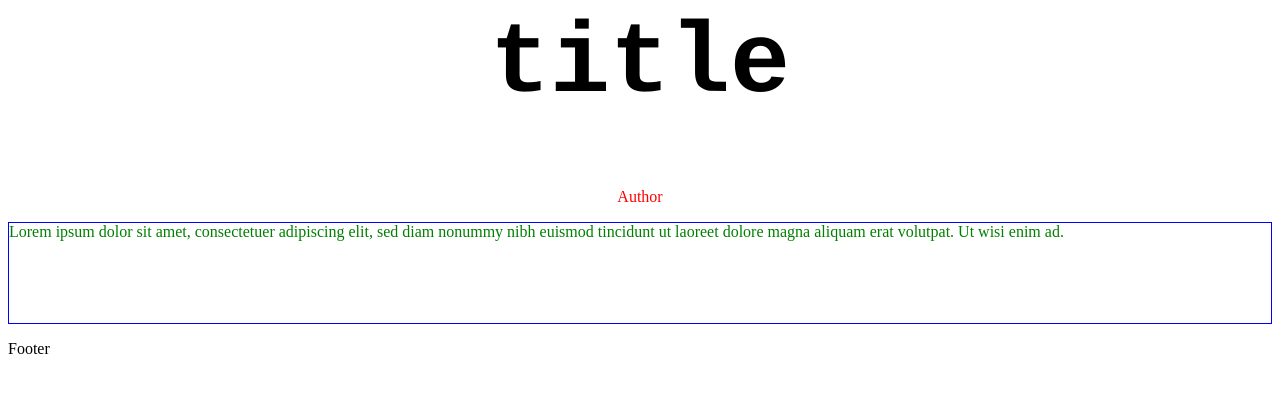
Repository: jeffbartow/productschool
Page: index.html
The author's editor kept a record of every edit. The page is drawn from the files as they stood at one moment, then again after the next edit.
The browser window is 1280 px wide. The pictures show the whole page.

Above is the page before.

After the next edit:
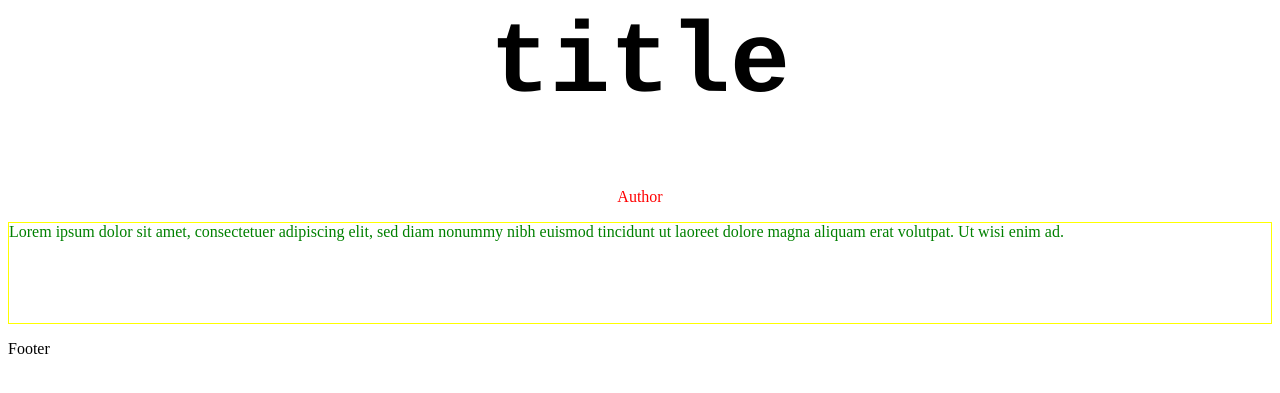
The edit:
--- a/index.html
+++ b/index.html
@@ -19,6 +19,7 @@
                 border-color: blue;
                 height: 100px;
             }
+            </style>
         <style type="text/css">
             .article {
                 border-width: 1px;

After the edit that followed:
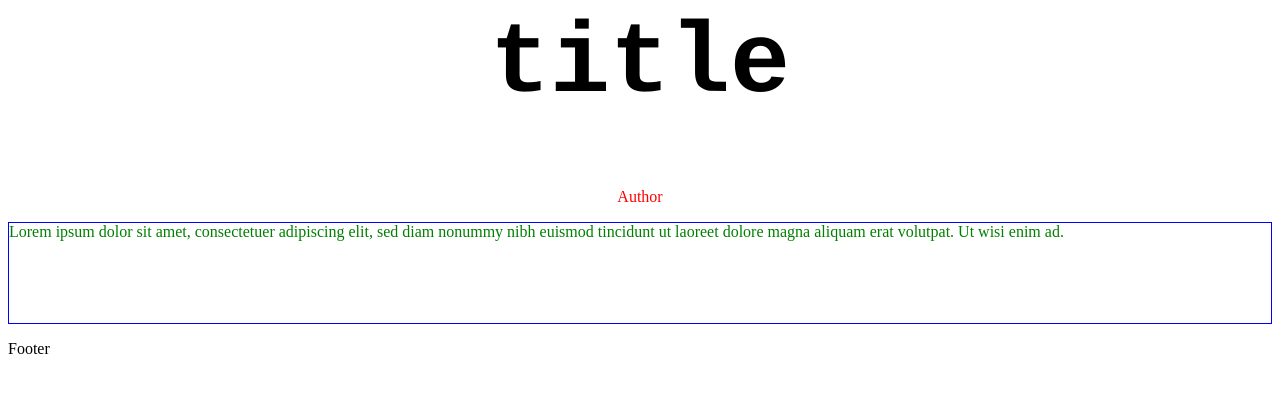
The edit:
--- a/index.html
+++ b/index.html
@@ -21,7 +21,7 @@
             }
             </style>
         <style type="text/css">
-            .article {
+            .footer{
                 border-width: 1px;
                 border-style: solid;
                 border-color: yellow;
